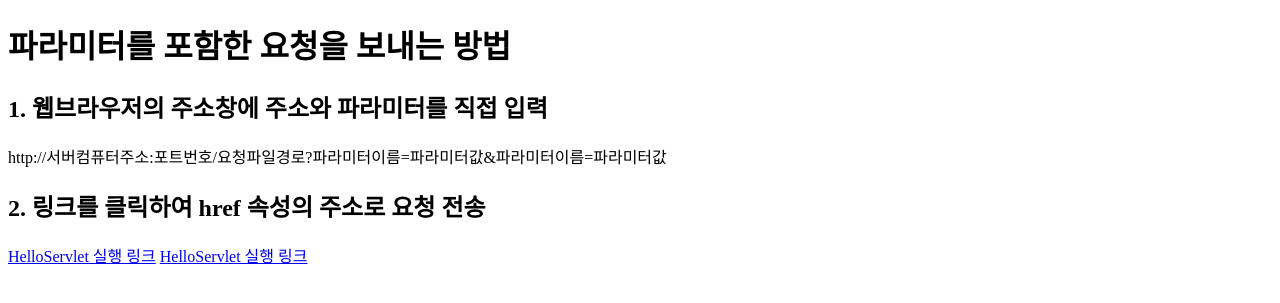
Repository: gywjd848/jeongblog
Page: workspace/exweb/WebContent/param.html
These files come from the project's save history. The page is drawn as it stood at one moment and after the next save; the edit follows.
The browser window is 1280 px wide. The pictures show the whole page.

Above is the page before, as saved 2020-05-15 01:46:48.

### workspace/exweb/WebContent/param.html
<!DOCTYPE html>
<html>
<head>
<meta charset="UTF-8">
<title>파라미터 테스트</title>
</head>
<body>
	<h1>파라미터를 포함한 요청을 보내는 방법</h1>
	<h2>1. 웹브라우저의 주소창에 주소와 파라미터를 직접 입력</h2>
	<div>http://서버컴퓨터주소:포트번호/요청파일경로?파라미터이름=파라미터값&파라미터이름=파라미터값</div>
	<h2>2. 링크를 클릭하여 href 속성의 주소로 요청 전송</h2>
	<div>
		<a href="http://localhost:8000/exweb/hello.do?a=hello&b=포로리">HelloServlet 실행 링크</a>
		<a href="/exweb/hello.do?a=hello&b=포로리">HelloServlet 실행 링크</a>
	</div>
</body>
</html>

After the next save:
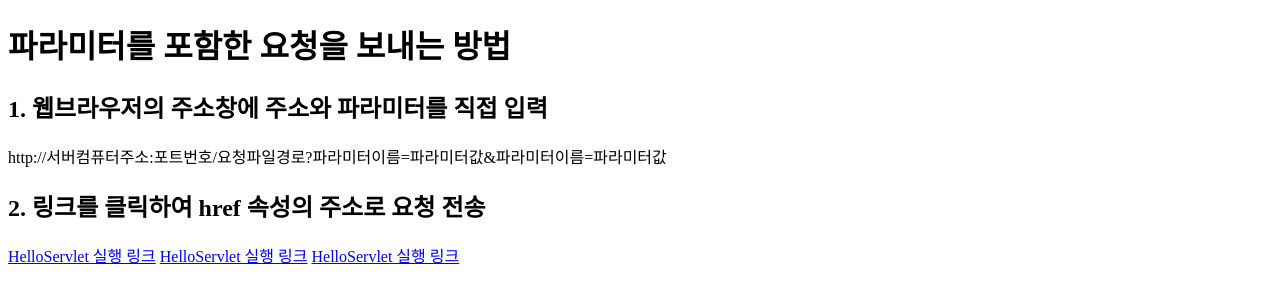
Saved 76 s later.
--- a/workspace/exweb/WebContent/param.html
+++ b/workspace/exweb/WebContent/param.html
@@ -12,6 +12,7 @@
 	<div>
 		<a href="http://localhost:8000/exweb/hello.do?a=hello&b=포로리">HelloServlet 실행 링크</a>
 		<a href="/exweb/hello.do?a=hello&b=포로리">HelloServlet 실행 링크</a>
+		<a href="/hello.do?a=hello&b=포로리">HelloServlet 실행 링크</a>
 	</div>
 </body>
 </html>
